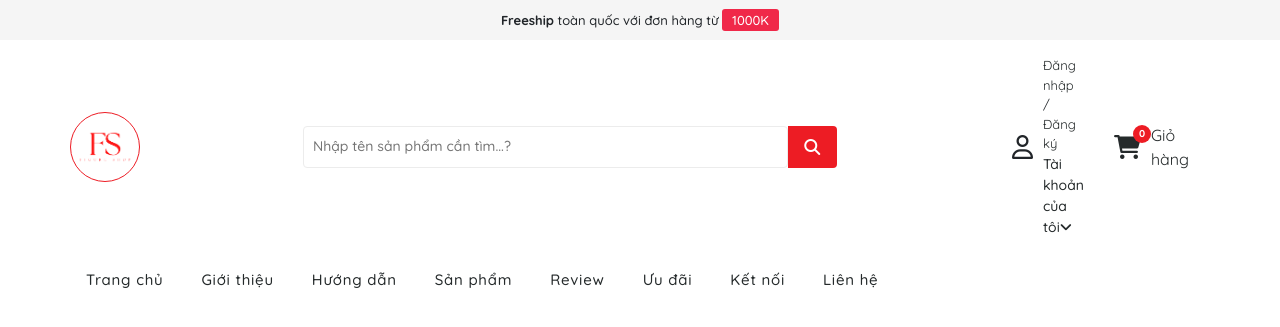
Repository: hayashi13597/ES6_ASM
Page: ASM1/index.html
The author's editor kept a copy of each file at every save. The page is drawn from the files as they stood at one save, then again after the next save.
The browser window is 1280 px wide. The pictures show the whole page.
The style sheet was rebuilt from its Sass, Less or Tailwind sources for each picture, by a compiler version that may differ from the author's.

Above is the page before, as saved 2023-01-11 16:09:29.

### ASM1/index.html
<!DOCTYPE html>
<html lang="en">
  <head>
    <meta charset="UTF-8" />
    <meta http-equiv="X-UA-Compatible" content="IE=edge" />
    <meta name="viewport" content="width=device-width, initial-scale=1.0" />
    <title>Figure Shop</title>
    <!-- Link Boostrap -->
    <link
      rel="stylesheet"
      href="https://cdn.jsdelivr.net/npm/bootstrap@5.3.0-alpha1/dist/css/bootstrap.min.css"
    />
    <script src="https://cdn.jsdelivr.net/npm/bootstrap@5.3.0-alpha1/dist/js/bootstrap.min.js"></script>
    <!-- Link css -->
    <link rel="stylesheet" href="css/index.css" />
    <!-- Link Icon -->
    <link
      rel="stylesheet"
      href="https://cdnjs.cloudflare.com/ajax/libs/font-awesome/6.2.1/css/all.min.css"
      integrity="sha512-MV7K8+y+gLIBoVD59lQIYicR65iaqukzvf/nwasF0nqhPay5w/9lJmVM2hMDcnK1OnMGCdVK+iQrJ7lzPJQd1w=="
      crossorigin="anonymous"
      referrerpolicy="no-referrer"
    />
    <!-- Link Font -->
    <link rel="preconnect" href="https://fonts.googleapis.com" />
    <link rel="preconnect" href="https://fonts.gstatic.com" crossorigin />
    <link
      href="https://fonts.googleapis.com/css2?family=Quicksand:wght@400;500;600;700&display=swap"
      rel="stylesheet"
    />
  </head>
  <body>
    <header class="header">
      <div class="header-topbar">
        <p class="text-center">
          <strong>Freeship</strong> toàn quốc với đơn hàng từ
          <span class="topbar-number">1000K</span>
        </p>
      </div>
      <div class="container">
      <div class="row header-middle">
        <a href="index.html" class="col-2 header-middle--logo"
          ><img src="img/jewelry.png" alt=""
        /></a>
        <div class="col-8 header-middle--search">
          <input type="text" placeholder="Nhập tên sản phẩm cần tìm...?" />
          <button><i class="fa-solid fa-magnifying-glass"></i></button>
        </div>
        <div class="col-2 header-middle--right">
          <div class="user">
            <div class="user-icon">
              <i class="fa-regular fa-user"></i>
            </div>
            <div class="user-text">
              <div class="user-text--up">
                <a>Đăng nhập</a> /
                <a>Đăng ký</a>
              </div>
              <div class="user-text--down">
                <a>Tài khoản của tôi<i class="fa-solid fa-angle-down"></i></a>
              </div>
            </div>
          </div>
          <a class="header-cart" href="">
            <i class="fa-solid fa-cart-shopping"
              ><span class="header-cart--number">0</span></i
            >
            <p class="header-cart--p">Giỏ hàng</p>
          </a>
        </div>
      </div>
    </div>
      <nav class="container header-nav">
        <ul>
          <li><a href="#">Trang chủ</a></li>
          <li><a href="#">Giới thiệu</a></li>
          <li><a href="#">Hướng dẫn</a></li>
          <li><a href="#">Sản phẩm</a></li>
          <li><a href="#">Review</a></li>
          <li><a href="#">Ưu đãi</a></li>
          <li><a href="#">Kết nối</a></li>
          <li><a href="#">Liên hệ</a></li>
        </ul>
      </nav>
    </header>
  </body>
</html>

### ASM1/sass/index.scss
:root {
  --bg-topbar: #f5f5f5;
  --shop-color-main: #ed1c24;
  --shop-color-text: #252a2b;
  --shop-color-title: #000000;
  --shop-color-hover: #ed1c24;
  --shop-color-button: #000000;
  --shop-color-border: #e7e7e7;
  --footer-color-title: #ffffff;
  --footer-color-text: #999999;
  --footer-color-bg: #1a1a1a;
}

* {
  padding: 0;
  margin: 0;
  box-sizing: border-box;
  font-family: "Quicksand", sans-serif;
}

// Header
.header {
  width: 100%;
  // header-topbar
  &-topbar {
    height: 40px;
    line-height: 40px;
    background-color: var(--bg-topbar);
    p {
      font-size: 13px;
      font-weight: 500;
      .topbar-number {
        font-weight: 500;
        padding: 3px 10px;
        border-radius: 3px;
        background-color: #f02849;
        color: #ffffff;
      }
    }
  }
  // Header-middle
  &-middle {
    width: 100%;
    padding-block: 16px;
    display: flex;
    align-items: center;
    justify-content: space-between;
    &--logo {
      width: 70px;
      padding: 5px;
      border-radius: 50%;
      border: 1px solid var(--shop-color-main);
      img {
        width: 100%;
        height: 100%;
        object-fit: cover;
      }
    }
    &--search {
      width: 50%;
      display: flex;
      input {
        padding: 9px 50px 10px 9px;
        width: 100%;
        background-color: #ffffff;
        border: 1px solid #ececec;
        border-radius: 4px;
        font-size: 14px;
        font-weight: 500;
        transition: all 0.15s linear;
        &:focus {
          background: #ffffff;
          outline: none;
          border-color: var(--shop-color-main);
        }
      }
      button {
        border: none;
        border-radius: 0 4px 4px 0;
        width: 55px;
        color: #ffffff;
        background-color: var(--shop-color-main);
      }
    }
    &--right {
      display: flex;
      gap: 30px;
      .user {
        display: flex;
        align-items: center;
        gap: 10px;
        cursor: pointer;
        &-icon {
          font-size: 1.5rem;
        }
        &-text {
          a {
            text-decoration: none;
            color: var(--shop-color-text);
          }
          &--up {
            font-size: 13px;
          }
          &--down {
            font-size: 14px;
            font-weight: 500;
          }
        }
      }
      .header-cart {
        display: flex;
        align-items: center;
        gap: 10px;
        text-decoration: none;
        color: var(--shop-color-text);
        i {
          font-size: 1.5rem;
          position: relative;
        }
        &--p {
          margin-bottom: 0;
        }
        &--number {
          width: 18px;
          height: 18px;
          display: flex;
          justify-content: center;
          align-items: center;
          position: absolute;
          top: -10px;
          right: -10px;
          font-size: 10px;
          color: #ffffff;
          background: var(--shop-color-main);
          border-radius: 50%;
        }
      }
    }
  }
  // Header-nav
  &-nav {
    ul {
      list-style: none;
      display: flex;
      align-items: center;
      padding-left: 0;
      gap: 30px;
      li {
        a {
          text-decoration: none;
          color: var(--shop-color-text);
          font-size: 15px;
          padding: 15px 4px;
          letter-spacing: 0.75px;
          font-weight: 500;
          position: relative;
          display: flex;
          justify-content: center;
          &:before {
            content: "";
            position: absolute;
            bottom: 0;
            transform: scaleX(0);
            transform-origin: right;
            width: 100%;
            height: 2px;
            background: var(--shop-color-text);
            transition: transform 0.5s ease;
          }
          &:hover {
            &::before {
              transform: scaleX(1);
              transform-origin: left;
            }
          }
        }
      }
    }
  }
}

After the next save:
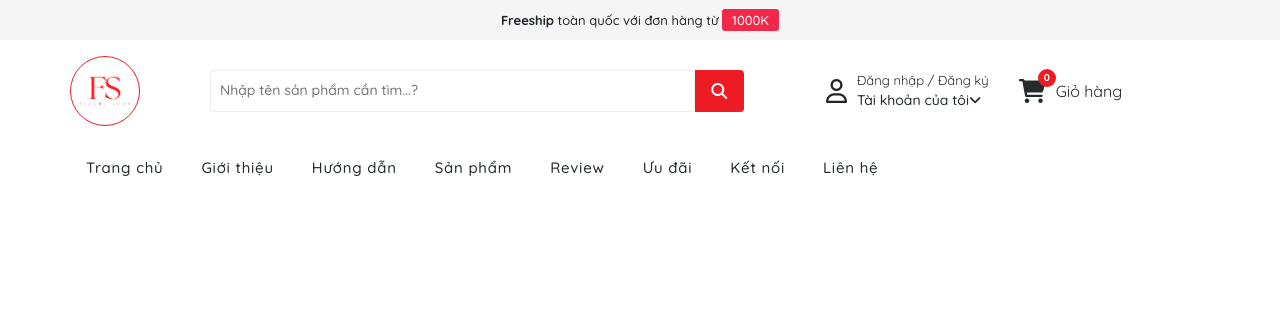
Saved 14 s later.
--- a/ASM1/index.html
+++ b/ASM1/index.html
@@ -46,7 +46,7 @@
           <input type="text" placeholder="Nhập tên sản phẩm cần tìm...?" />
           <button><i class="fa-solid fa-magnifying-glass"></i></button>
         </div>
-        <div class="col-2 header-middle--right">
+        <div class="col-4 header-middle--right">
           <div class="user">
             <div class="user-icon">
               <i class="fa-regular fa-user"></i>
